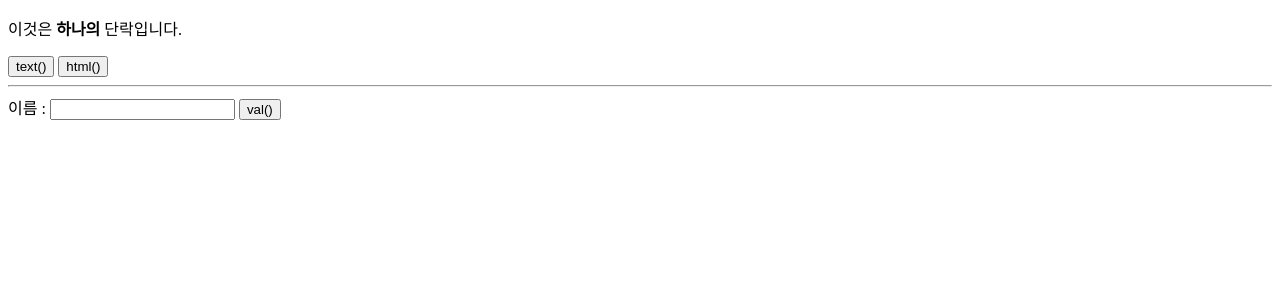
Repository: gpqls12321/public
Page: javascript_jquery/WebContent/jQuery_ex03.html
The author's editor kept a copy of each file at every save. The page is drawn from the files as they stood at one save, then again after the next save.
The browser window is 1280 px wide. The pictures show the whole page.

Above is the page before, as saved 2021-04-15 05:01:53.

### javascript_jquery/WebContent/jQuery_ex03.html
<!DOCTYPE html>
<html>
<head>
<meta charset="UTF-8">
<title>Insert title here</title>
<script type="text/javascript" src="js/jQuery3.x/jquery-3.6.0.js"></script>
<script type="text/javascript">
	$(document).ready(function() {

		$("#text").click(function() {
			alert($("#target").text());
		});

		$("#html").click(function() {
			alert($("#target").html());
		});

		$("#val").click(function() {
			alert($("#irum").val());
			console.log($("#irum").val());
		});
	});
</script>
</head>
<body>
	<p id="target">이것은 <strong>하나의</strong> 단락입니다.</p>
	<button id="text">text()</button>
	<button id="html">html()</button>
	<hr>
	이름 : <input type="text" id="irum">
	<button id="val">val()</button>
</body>
</html>

Loaded but not shown: javascript_jquery/WebContent/js/jQuery3.x/jquery-3.6.0.js (library)

After the next save:
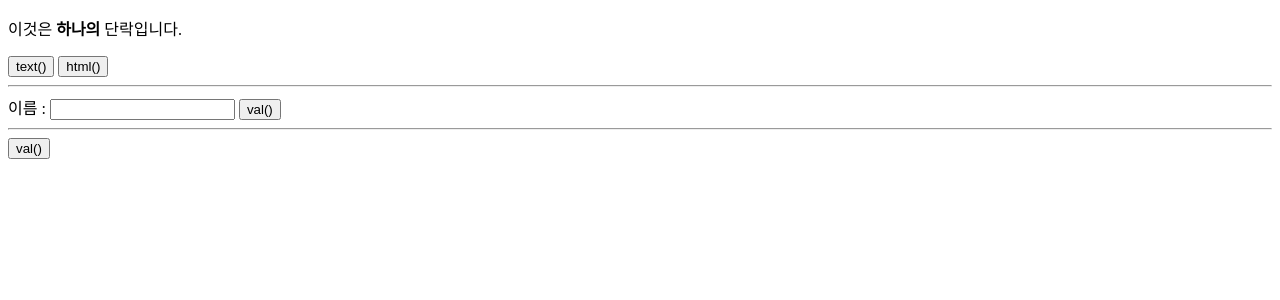
Saved 119 s later.
--- a/javascript_jquery/WebContent/jQuery_ex03.html
+++ b/javascript_jquery/WebContent/jQuery_ex03.html
@@ -29,5 +29,8 @@
 	<hr>
 	이름 : <input type="text" id="irum">
 	<button id="val">val()</button>
+	<hr>
+	<img id="lee" alt="이세진" src="images/이세진.jpg" style="display: none;" width="325px;" height="490px;">
+	<button id="val">val()</button>
 </body>
 </html>
